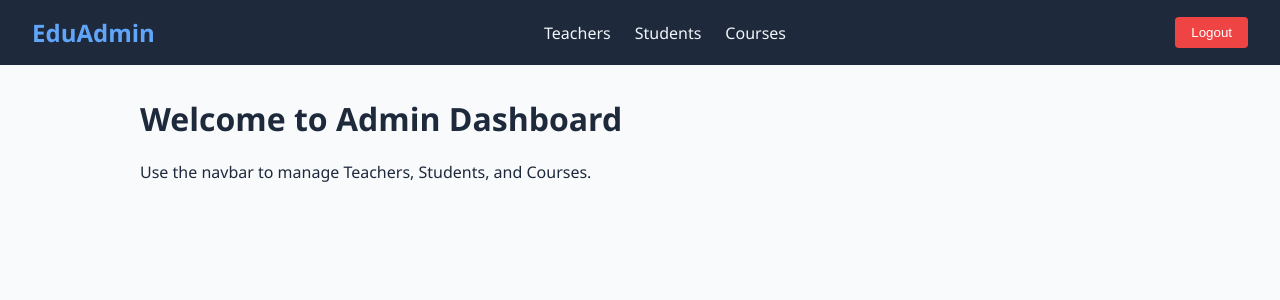
Repository: Fail2/Online-Classroom
Page: http://localhost/adminpanel/dashboard/
These files come from the project's save history. The page is drawn as it stood at one moment and after the next save; the edit follows.
The browser window is 1280 px wide. The pictures show the whole page.
The page is served by the project's application, run on Django 5.2 (Edu_Frontend/manage.py).

Above is the page before, as saved 2025-05-24 21:22:44.

After the next save:
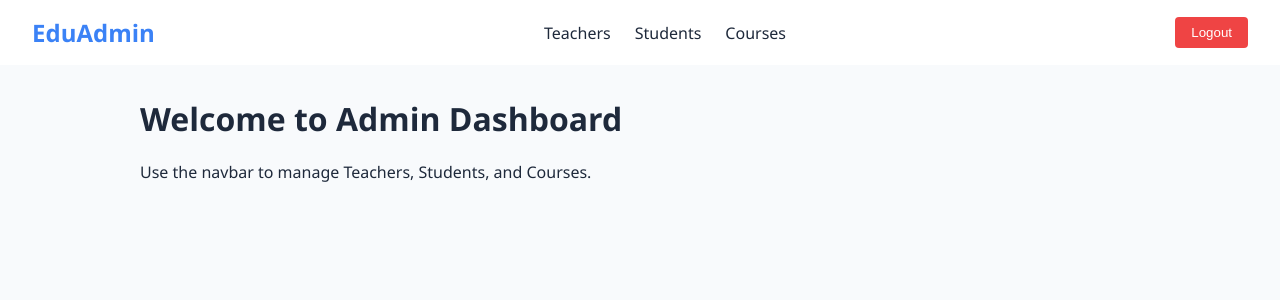
Saved 3 min 6 s later.
--- a/Education_Frontend/Edu_Frontend/adminpanel/templates/adminpanel/base.html
+++ b/Education_Frontend/Edu_Frontend/adminpanel/templates/adminpanel/base.html
@@ -5,90 +5,91 @@
     <title>{% block title %}Admin Panel{% endblock %}</title>
 
     <style>
-        body {
-            margin: 0;
-            font-family: 'Segoe UI', Tahoma, Geneva, Verdana, sans-serif;
-            background-color: #f8fafc;
-            color: #1e293b;
-        }
+    body {
+        margin: 0;
+        font-family: 'Segoe UI', Tahoma, Geneva, Verdana, sans-serif;
+        background-color: #f8fafc;
+        color: #1e293b;
+    }
 
+    .navbar {
+        display: flex;
+        justify-content: space-between;
+        align-items: center;
+        background-color: #ffffff; /* Changed from dark to white */
+        padding: 1rem 2rem;
+        color: #1e293b; /* Changed from white to black */
+        flex-wrap: wrap;
+    }
+
+    .navbar-left .brand {
+        font-size: 1.5rem;
+        font-weight: bold;
+        color: #3b82f6; /* A nice blue to stand out on white */
+        text-decoration: none;
+    }
+
+    .navbar-center {
+        display: flex;
+        gap: 1.5rem;
+    }
+
+    .navbar-center a {
+        color: #1e293b; /* Black text */
+        text-decoration: none;
+        font-weight: 500;
+        transition: color 0.3s;
+    }
+
+    .navbar-center a:hover {
+        color: #2563eb; /* Hover blue */
+    }
+
+    .navbar-right form {
+        margin: 0;
+    }
+
+    .logout-btn {
+        padding: 0.5rem 1rem;
+        background-color: #ef4444;
+        border: none;
+        color: white;
+        border-radius: 4px;
+        cursor: pointer;
+        font-weight: 500;
+        transition: background 0.3s;
+    }
+
+    .logout-btn:hover {
+        background-color: #dc2626;
+    }
+
+    @media (max-width: 768px) {
         .navbar {
-            display: flex;
-            justify-content: space-between;
-            align-items: center;
-            background-color: #1e293b;
-            padding: 1rem 2rem;
-            color: white;
-            flex-wrap: wrap;
-        }
-
-        .navbar-left .brand {
-            font-size: 1.5rem;
-            font-weight: bold;
-            color: #60a5fa;
-            text-decoration: none;
+            flex-direction: column;
+            align-items: flex-start;
+            gap: 1rem;
         }
 
         .navbar-center {
-            display: flex;
-            gap: 1.5rem;
+            flex-direction: column;
+            gap: 0.75rem;
+            width: 100%;
         }
 
-        .navbar-center a {
-            color: #f1f5f9;
-            text-decoration: none;
-            font-weight: 500;
-            transition: color 0.3s;
+        .navbar-right {
+            width: 100%;
+            text-align: left;
         }
+    }
 
-        .navbar-center a:hover {
-            color: #38bdf8;
-        }
+    .container {
+        max-width: 1000px;
+        margin: 2rem auto;
+        padding: 0 1rem;
+    }
+</style>
 
-        .navbar-right form {
-            margin: 0;
-        }
-
-        .logout-btn {
-            padding: 0.5rem 1rem;
-            background-color: #ef4444;
-            border: none;
-            color: white;
-            border-radius: 4px;
-            cursor: pointer;
-            font-weight: 500;
-            transition: background 0.3s;
-        }
-
-        .logout-btn:hover {
-            background-color: #dc2626;
-        }
-
-        @media (max-width: 768px) {
-            .navbar {
-                flex-direction: column;
-                align-items: flex-start;
-                gap: 1rem;
-            }
-
-            .navbar-center {
-                flex-direction: column;
-                gap: 0.75rem;
-                width: 100%;
-            }
-
-            .navbar-right {
-                width: 100%;
-                text-align: left;
-            }
-        }
-
-        .container {
-            max-width: 1000px;
-            margin: 2rem auto;
-            padding: 0 1rem;
-        }
-    </style>
 
     {% block extra_css %}{% endblock %}
 </head>
